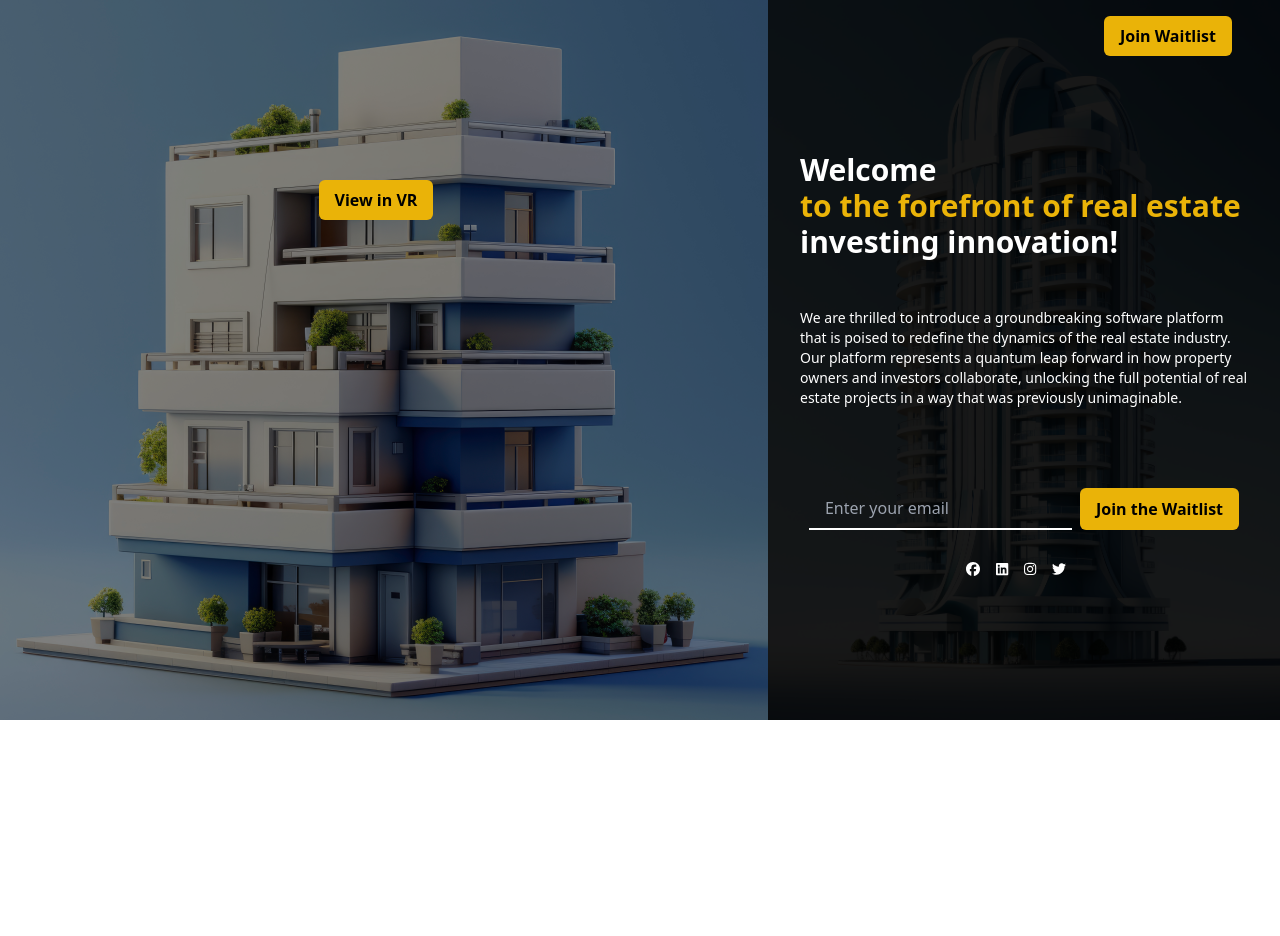
Repository: brytemenz/investnest-landing
Page: /
These files come from the project's save history. The page is drawn as it stood at one moment and after the next save; the edit follows.
The browser window is 1280 px wide. The pictures show the whole page.
The project was rebuilt for these pictures with package versions that can differ from the ones it lists, and the page was loaded fresh each time. Also part of the build but not shown: vite.config.js, src/components/ThreeDImage.jsx.

Above is the page before, as saved 2024-05-29 12:36:21.

After the next save:
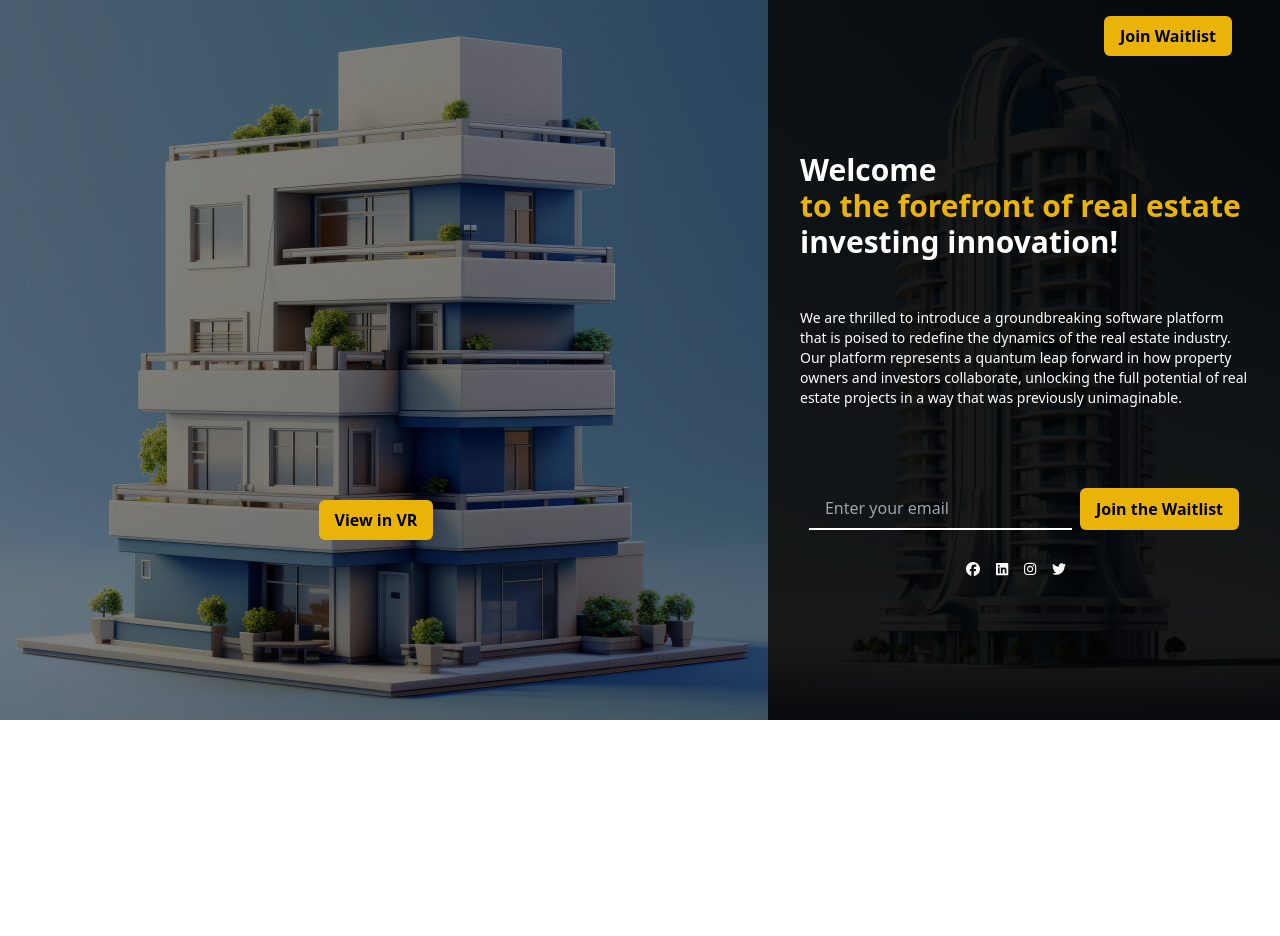
Saved 11 s later.
--- a/src/pages/landingPage.jsx
+++ b/src/pages/landingPage.jsx
@@ -46,7 +46,7 @@ const LandingPage = () => {
                     </button> */}
                     <button
                       onClick={() => handleView3DModel('vr')}
-                      className="bg-yellow-500 text-black px-4 py-2 rounded-md font-bold mb-80  mr-4 self-center"
+                      className="bg-yellow-500 text-black px-4 py-2 rounded-md font-bold mt-80  mr-4 self-center"
                     >
                       View in VR
                     </button>
